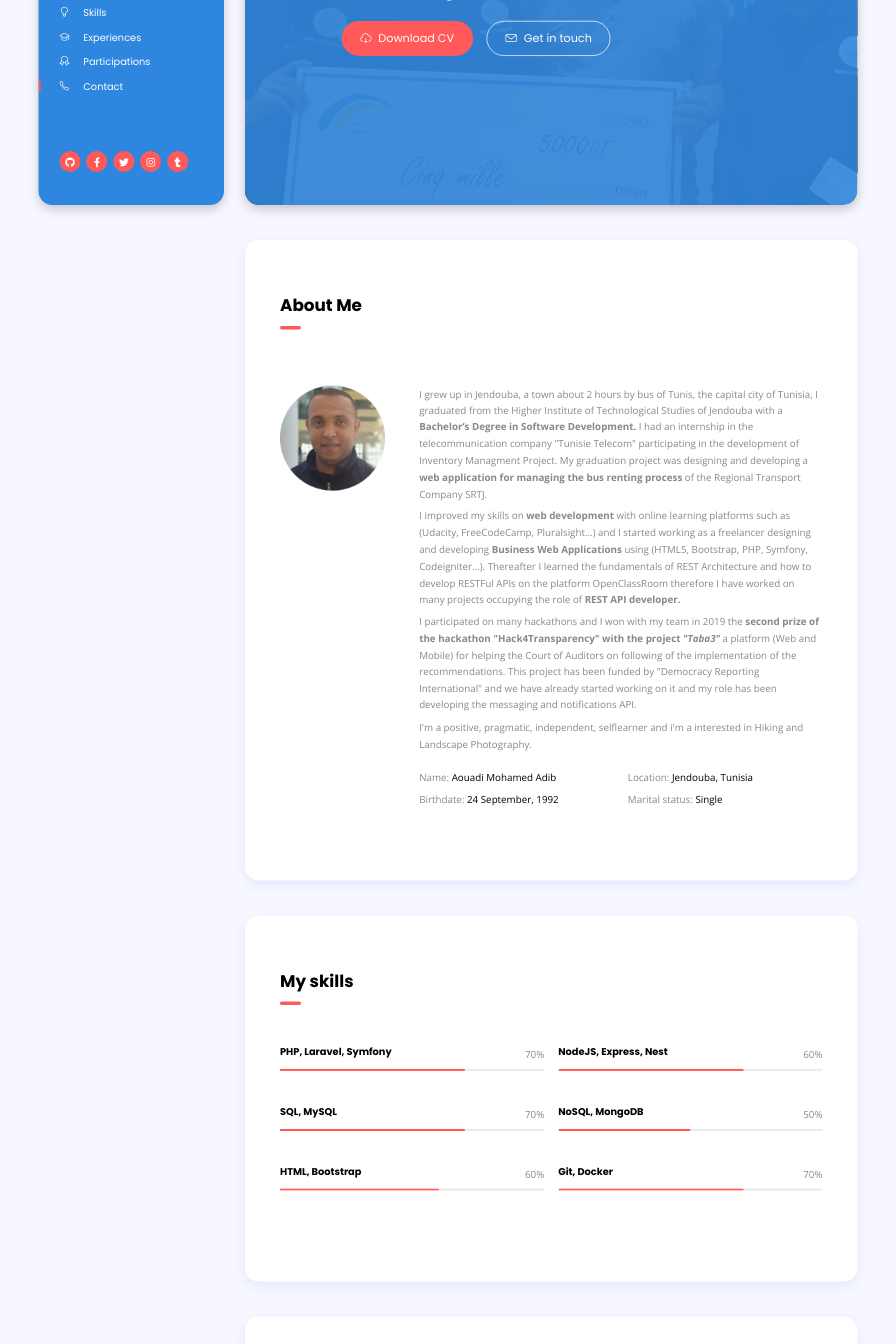
Repository: Adib128/Adib128.github.io
Page: index.html
These files come from the project's save history. The page is drawn as it stood at one moment and after the next save; the edit follows.
The browser window is 1280 px wide. The pictures show the part of the page from y = 377 to 2297 px (the page is 5729 px tall), at 70% of full size.

Above is the page before, as saved 2021-10-21 17:42:39.

After the next save:
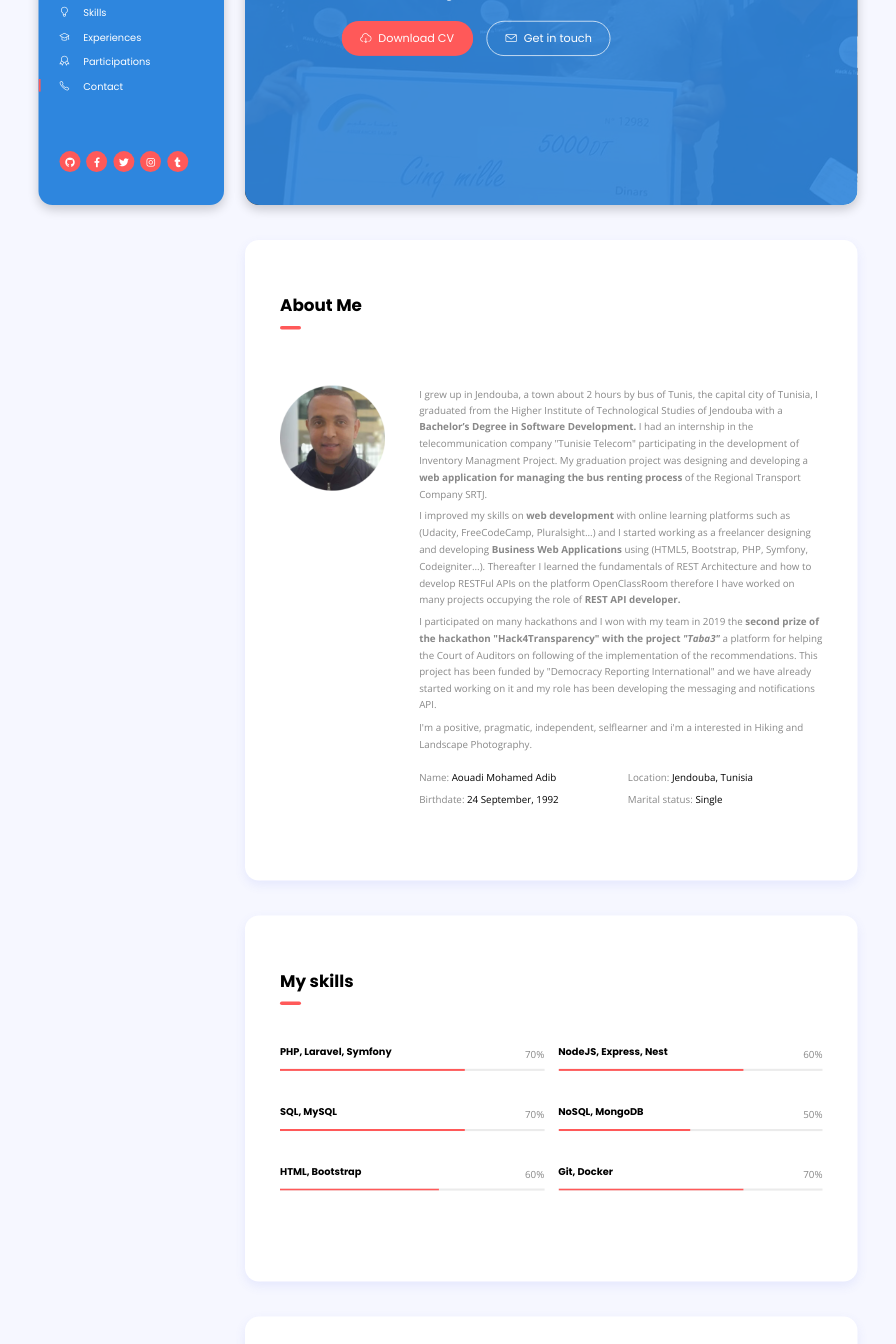
Saved 46 s later.
--- a/index.html
+++ b/index.html
@@ -133,7 +133,7 @@
 						of<b> REST API developer. </b>
 						<div class="spacer" data-height="8"></div>
 						I participated on many hackathons and I won with my team in 2019 the <b> second prize of the
-							hackathon "Hack4Transparency"  with the project <i>"Taba3"</i>  </b> a platform (Web and Mobile) for
+							hackathon "Hack4Transparency"  with the project <i>"Taba3"</i>  </b> a platform for
 						helping the
 						Court of Auditors on following of the implementation of the recommendations.
 						This project has been funded by "Democracy Reporting International" and we have already started
